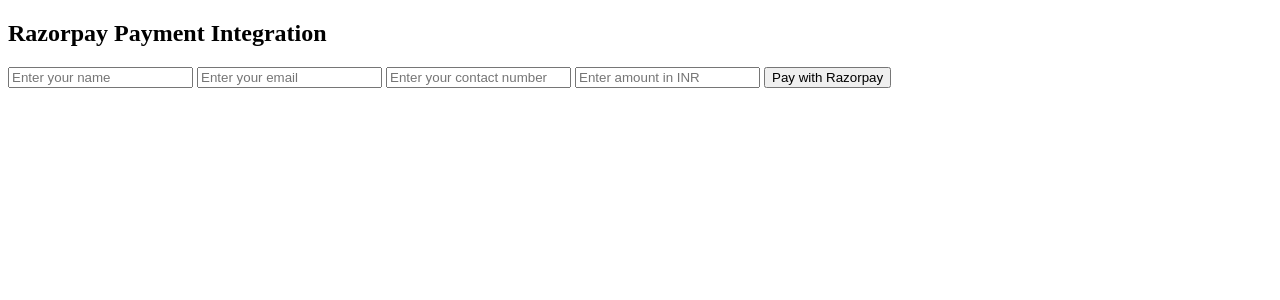
Repository: SharonSebastian32/razorpaypaymentgateway_implementation
Page: checkout.html
The author's editor kept a copy of each file at every save. The page is drawn from the files as they stood at one save, then again after a run of saves.
The browser window is 1280 px wide. The pictures show the whole page.

Above is the page before, as saved 2024-08-08 18:43:37.

### checkout.html
<!DOCTYPE html>
<html lang="en">
  <head>
    <meta charset="UTF-8" />
    <meta name="viewport" content="width=device-width, initial-scale=1.0" />
    <title>Razorpay Payment Integration</title>
  </head>
  <body>
    <h2>Razorpay Payment Integration</h2>
    <form id="paymentForm">
      <input type="text" id="name" placeholder="Enter your name" required />
      <input type="email" id="email" placeholder="Enter your email" required />
      <input
        type="text"
        id="contact"
        placeholder="Enter your contact number"
        required
      />
      <input
        type="number"
        id="amount"
        placeholder="Enter amount in INR"
        required
      />
      <button id="rzp-button1" type="submit">Pay with Razorpay</button>
    </form>
    <script src="./paymentGateway.js"></script>
    <!-- Razorpay Script -->
    <script src="https://checkout.razorpay.com/v1/checkout.js"></script>
  </body>
</html>

### paymentGateway.js
document.getElementById("paymentForm").addEventListener("submit", function (e) {
  e.preventDefault();
  var name = document.getElementById("name").value;
  var email = document.getElementById("email").value;
  var contact = document.getElementById("contact").value;
  var amount = document.getElementById("amount").value * 100;
  // Convert amount to paise

  var options = {
    key: "rzp_test_gCzBTQcb92KH3e", // Enter the Key ID generated from the Dashboard
    amount: amount.toString(), // Amount in currency subunits (100 paise = 1 INR)
    currency: "INR",
    name: "Ozwalz Events",
    description: "Thank You for booking event with Ozwalz Events",
    image: "./assets/images/logo.png",

    handler: function (response) {
      // Handle the response from Razorpay after payment
      // You can redirect to another page or save the response to your database
    },
    prefill: {
      name: name,
      email: email,
      contact: contact,
    },
    notes: {
      description: "Thank You for booking event with Ozwalz Events",
    },
    theme: {
      color: "#red",
    },
  };

  var rzp1 = new Razorpay(options);
  rzp1.open();
});

After the next 4 saves:
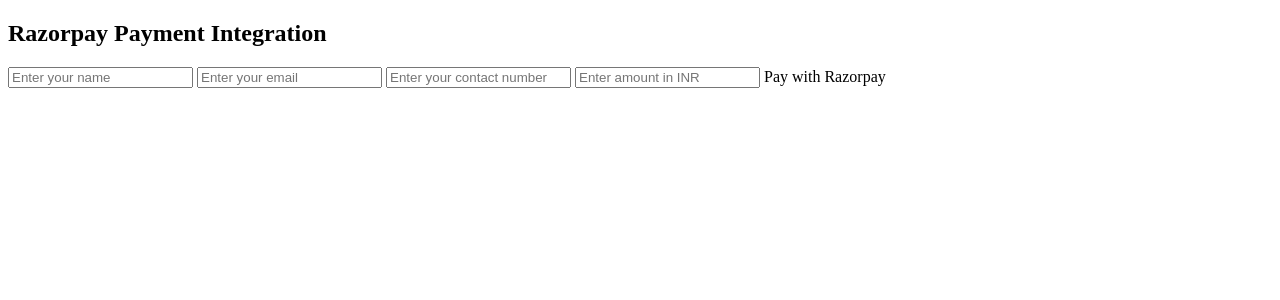
The 4 saves are shown as one change because they came seconds apart.
The last was saved 9 min 39 s later.
--- a/checkout.html
+++ b/checkout.html
@@ -22,6 +22,7 @@
         placeholder="Enter amount in INR"
         required
       />
+      <inpu
       <button id="rzp-button1" type="submit">Pay with Razorpay</button>
     </form>
     <script src="./paymentGateway.js"></script>
